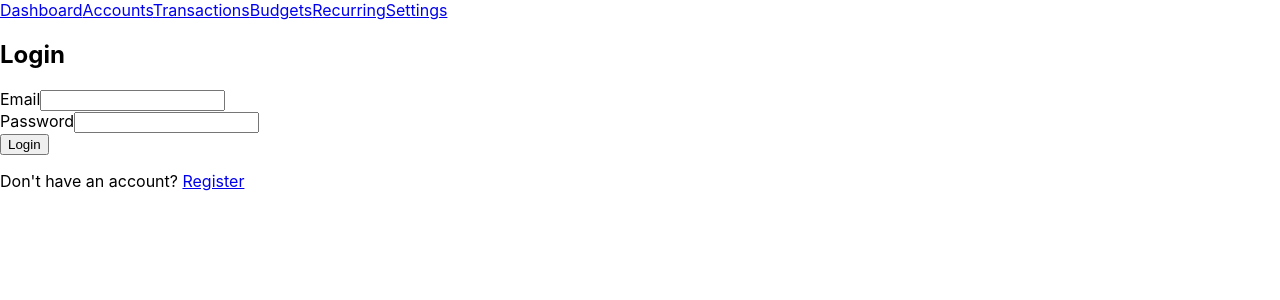
Repository: itsmibrahim123/ExpenseManager
Page: / (app in frontend/)
An editor plug-in stored every save of this project. The page is shown before and after the next save, followed by the edit.
The browser window is 1280 px wide. The pictures show the whole page.
The project was rebuilt for these pictures with package versions that can differ from the ones it lists, and the page was loaded fresh each time. Also part of the build but not shown: frontend/src/App.css, frontend/src/pages/Auth/Register.js, frontend/src/api/reports.js, frontend/src/pages/Dashboard/Dashboard.css, frontend/src/pages/Dashboard/Dashboard.js, frontend/src/api/accounts.js, frontend/src/pages/Accounts/Accounts.css, frontend/src/pages/Accounts/Accounts.js and 11 more.

Above is the page before, as saved 2025-12-27 12:07:53.

### frontend/src/App.js
import { BrowserRouter as Router, Routes, Route, NavLink, Navigate } from 'react-router-dom';
import './App.css';

// Page imports
import Login from './pages/Auth/Login';
import Register from './pages/Auth/Register';
import Dashboard from './pages/Dashboard/Dashboard';
import Accounts from './pages/Accounts/Accounts';
import Transactions from './pages/Transactions/Transactions';
import Budgets from './pages/Budgets/Budgets';
import Recurring from './pages/Recurring/Recurring';
import Settings from './pages/Settings/Settings';

// Placeholder for settings sub-pages
const Profile = () => <div>Profile Settings</div>;
const Categories = () => <div>Categories Settings</div>;
const PaymentMethods = () => <div>Payment Methods Settings</div>;
const Notifications = () => <div>Notifications Settings</div>;
const DataExport = () => <div>Data Export</div>;


const App = () => {
  return (
    <Router>
      <div className="App">
        <nav className="main-nav">
          <NavLink to="/dashboard">Dashboard</NavLink>
          <NavLink to="/accounts">Accounts</NavLink>
          <NavLink to="/transactions">Transactions</NavLink>
          <NavLink to="/budgets">Budgets</NavLink>
          <NavLink to="/recurring">Recurring</NavLink>
          <NavLink to="/settings">Settings</NavLink>
        </nav>
        <main className="content">
          <Routes>
            <Route path="/" element={<Navigate to="/login" />} />
            <Route path="/login" element={<Login />} />
            <Route path="/register" element={<Register />} />
            <Route path="/dashboard" element={<Dashboard />} />
            <Route path="/accounts" element={<Accounts />} />
            <Route path="/transactions" element={<Transactions />} />
            <Route path="/budgets" element={<Budgets />} />
            <Route path="/recurring" element={<Recurring />} />
            <Route path="/settings" element={<Settings />}>
              <Route path="profile" element={<Profile />} />
              <Route path="categories" element={<Categories />} />
              <Route path="payment-methods" element={<PaymentMethods />} />
              <Route path="notifications" element={<Notifications />} />
              <Route path="data" element={<DataExport />} />
            </Route>
          </Routes>
        </main>
      </div>
    </Router>
  );
}

export default App;

### frontend/src/pages/Auth/Login.js
import { useState } from 'react';
import { Link, useNavigate } from 'react-router-dom';
import authService from '../../api/auth';

const Login = ({ onLogin }) => {
  const [email, setEmail] = useState('');
  const [password, setPassword] = useState('');
  const [error, setError] = useState('');
  const navigate = useNavigate();

  const handleLogin = async (e) => {
    e.preventDefault();
    setError('');
    try {
      const response = await authService.login(email, password);
      if (response.data && response.data.token) {
        onLogin(response.data.token);
        navigate('/dashboard');
      } else {
        setError('Login failed: No token received.');
      }
    } catch (err) {
      console.error("Error logging in:", err);
      const errorMessage = err.response?.status === 403
        ? 'Invalid credentials. Please try again.'
        : 'Failed to login. Please check your credentials.';
      setError(errorMessage);
    }
  };

  return (
    <div className="auth-container">
      <form className="auth-form" onSubmit={handleLogin}>
        <h2>Login</h2>
        {error && <p className="error">{error}</p>}
        <div className="form-group">
          <label>Email</label>
          <input
            type="email"
            value={email}
            onChange={(e) => setEmail(e.target.value)}
            required
          />
        </div>
        <div className="form-group">
          <label>Password</label>
          <input
            type="password"
            value={password}
            onChange={(e) => setPassword(e.target.value)}
            required
          />
        </div>
        <button type="submit">Login</button>
        <p>
          Don't have an account? <Link to="/register">Register</Link>
        </p>
      </form>
    </div>
  );
};

export default Login;

### frontend/src/api/auth.js
import axios from 'axios';

const API_URL = 'http://localhost:8080/api/auth';

const register = (fullName, email, password, preferredCurrency) => {
  return axios.post(`${API_URL}/register`, {
    fullName,
    email,
    password,
    preferredCurrency,
  });
};

const login = (email, password) => {
  return axios.post(`${API_URL}/login`, {
    email,
    password,
  });
};

const logout = () => {
  localStorage.removeItem('token');
};

export default {
  register,
  login,
  logout,
};

Loaded but not shown: frontend/public/index.html (common file); frontend/src/index.js (common file); frontend/src/index.css (common file); frontend/src/reportWebVitals.js (common file)

After the next save:
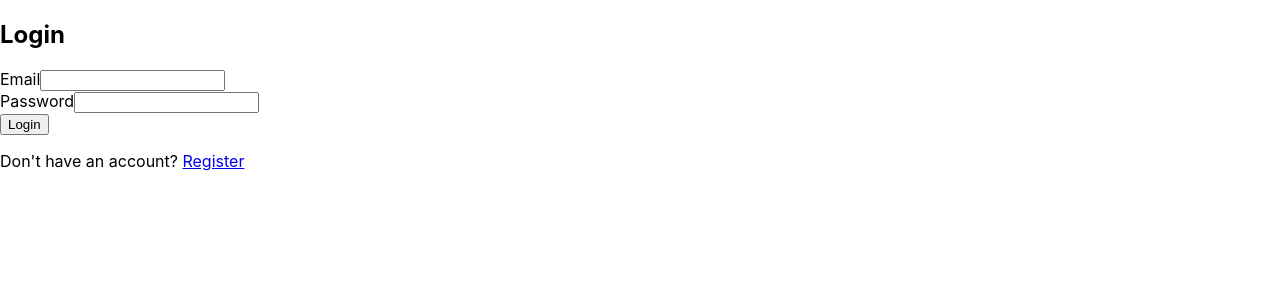
Saved 6 s later.
--- a/frontend/src/App.js
+++ b/frontend/src/App.js
@@ -1,5 +1,7 @@
+import { useState, useEffect } from 'react';
 import { BrowserRouter as Router, Routes, Route, NavLink, Navigate } from 'react-router-dom';
 import './App.css';
+import authService from './api/auth';
 
 // Page imports
 import Login from './pages/Auth/Login';
@@ -18,36 +20,63 @@ const PaymentMethods = () => <div>Payment Methods Settings</div>;
 const Notifications = () => <div>Notifications Settings</div>;
 const DataExport = () => <div>Data Export</div>;
 
+const App = () => {
+  const [token, setToken] = useState(null);
 
-const App = () => {
+  useEffect(() => {
+    // Check for token in localStorage on initial app load
+    const storedToken = localStorage.getItem('token');
+    if (storedToken) {
+      setToken(storedToken);
+    }
+  }, []);
+
+  const handleLogin = (newToken) => {
+    setToken(newToken);
+    localStorage.setItem('token', newToken);
+  };
+
+  const handleLogout = () => {
+    setToken(null);
+    authService.logout(); // This will clear the token from localStorage
+  };
+
   return (
     <Router>
       <div className="App">
-        <nav className="main-nav">
-          <NavLink to="/dashboard">Dashboard</NavLink>
-          <NavLink to="/accounts">Accounts</NavLink>
-          <NavLink to="/transactions">Transactions</NavLink>
-          <NavLink to="/budgets">Budgets</NavLink>
-          <NavLink to="/recurring">Recurring</NavLink>
-          <NavLink to="/settings">Settings</NavLink>
-        </nav>
+        {token && (
+          <nav className="main-nav">
+            <NavLink to="/dashboard">Dashboard</NavLink>
+            <NavLink to="/accounts">Accounts</NavLink>
+            <NavLink to="/transactions">Transactions</NavLink>
+            <NavLink to="/budgets">Budgets</NavLink>
+            <NavLink to="/recurring">Recurring</NavLink>
+            <NavLink to="/settings">Settings</NavLink>
+            <a href="/login" onClick={handleLogout}>Logout</a>
+          </nav>
+        )}
         <main className="content">
           <Routes>
-            <Route path="/" element={<Navigate to="/login" />} />
-            <Route path="/login" element={<Login />} />
-            <Route path="/register" element={<Register />} />
-            <Route path="/dashboard" element={<Dashboard />} />
-            <Route path="/accounts" element={<Accounts />} />
-            <Route path="/transactions" element={<Transactions />} />
-            <Route path="/budgets" element={<Budgets />} />
-            <Route path="/recurring" element={<Recurring />} />
-            <Route path="/settings" element={<Settings />}>
+            <Route path="/login" element={!token ? <Login onLogin={handleLogin} /> : <Navigate to="/dashboard" />} />
+            <Route path="/register" element={!token ? <Register /> : <Navigate to="/dashboard" />} />
+
+            {/* Protected Routes */}
+            <Route path="/" element={token ? <Navigate to="/dashboard" /> : <Navigate to="/login" />} />
+            <Route path="/dashboard" element={token ? <Dashboard token={token} onLogout={handleLogout} /> : <Navigate to="/login" />} />
+            <Route path="/accounts" element={token ? <Accounts token={token} /> : <Navigate to="/login" />} />
+            <Route path="/transactions" element={token ? <Transactions token={token} /> : <Navigate to="/login" />} />
+            <Route path="/budgets" element={token ? <Budgets token={token} /> : <Navigate to="/login" />} />
+            <Route path="/recurring" element={token ? <Recurring token={token} /> : <Navigate to="/login" />} />
+            <Route path="/settings" element={token ? <Settings /> : <Navigate to="/login" />} >
               <Route path="profile" element={<Profile />} />
               <Route path="categories" element={<Categories />} />
               <Route path="payment-methods" element={<PaymentMethods />} />
               <Route path="notifications" element={<Notifications />} />
               <Route path="data" element={<DataExport />} />
             </Route>
+
+            {/* Catch-all for any other route to redirect to login if not authenticated */}
+            <Route path="*" element={<Navigate to={token ? "/dashboard" : "/login"} />} />
           </Routes>
         </main>
       </div>
